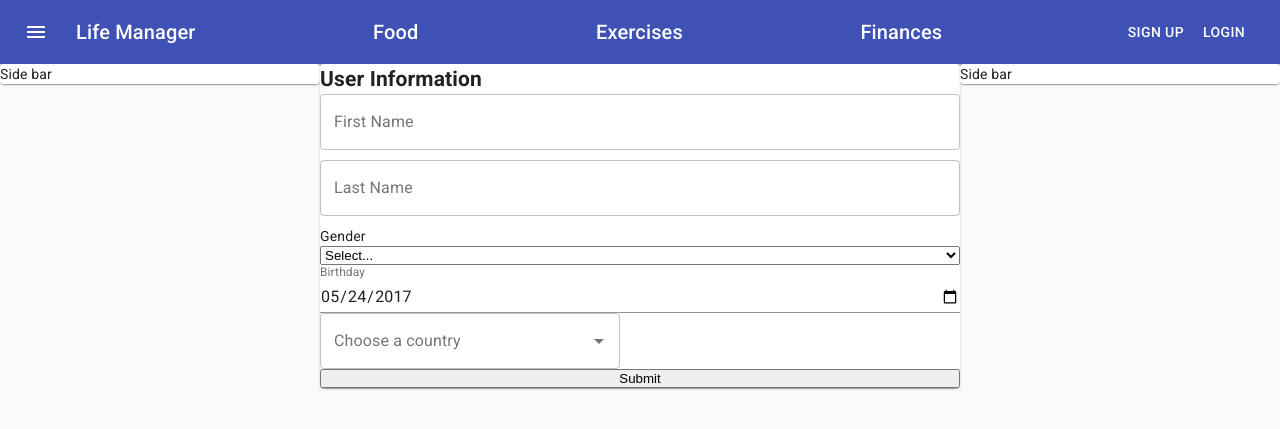
Repository: DaNiels89/lifemanagerreact
Page: /
These files come from the project's save history. The page is drawn as it stood at one moment and after the next save; the edit follows.
The browser window is 1280 px wide. The pictures show the whole page.
The project was rebuilt for these pictures with package versions that can differ from the ones it lists, and the page was loaded fresh each time. Also part of the build but not shown: src/assets/components/5_profile/ErrorMessage.js.

Above is the page before, as saved 2020-03-16 15:11:50.

### public/index.html
<!DOCTYPE html>
<html lang="en">
  <head>
    <meta charset="utf-8" />
    <link rel="icon" href="%PUBLIC_URL%/favicon.ico" />
    <meta name="viewport" content="width=device-width, initial-scale=1" />
    <meta name="theme-color" content="#000000" />
    <meta
      name="description"
      content="Web site created using create-react-app"
    />
    <link rel="apple-touch-icon" href="%PUBLIC_URL%/logo192.png" />
    <link rel="manifest" href="%PUBLIC_URL%/manifest.json" />
    <title>Life Manager</title>
  </head>
  <body>
    <noscript>You need to enable JavaScript to run this app.</noscript>
    <div id="root"></div>
  </body>
</html>

### src/App.js
import React from 'react';
import { BrowserRouter as Router, Switch, Route, Link } from 'react-router-dom';
import Header from './assets/components/layout/Header';
import UserDetails from './assets/components/UserDetails';

import CssBaseline from '@material-ui/core/CssBaseline';
import 'typeface-roboto';
import Grid from '@material-ui/core/Grid';
import Paper from '@material-ui/core/Paper';
import { makeStyles } from '@material-ui/core/styles';
import './assets/css/App.css';

const useStyles = makeStyles({
  main: {
    width: '100%'
  }
});

export default function App() {
  const classes = useStyles();

  return (
    <React.Fragment>
      <CssBaseline />
      <div className={classes.main}>
        <Header />
        <Grid container>
          <Grid item xs={3}>
            <Paper className={classes.paper}>Side bar</Paper>
          </Grid>
          <Grid item xs={6}>
            <Paper className={classes.paper}>
              <UserDetails />
            </Paper>
          </Grid>
          <Grid item xs={3}>
            <Paper className={classes.paper}>Side bar</Paper>
          </Grid>
        </Grid>
      </div>
    </React.Fragment>
  );
}

### src/assets/components/layout/Header.js
import React from 'react';
import { makeStyles } from '@material-ui/core/styles';
import AppBar from '@material-ui/core/AppBar';
import Toolbar from '@material-ui/core/Toolbar';
import Link from '@material-ui/core/Link';
import Typography from '@material-ui/core/Typography';
import Button from '@material-ui/core/Button';
import IconButton from '@material-ui/core/IconButton';
import MenuIcon from '@material-ui/icons/Menu';

const useStyles = makeStyles(theme => ({
  header: {
    flexGrow: 1
  },
  menuButton: {
    marginRight: theme.spacing(2)
  },
  title: {
    flexGrow: 1
  }
}));

export default function Header() {
  const classes = useStyles();
  const preventDefault = event => event.preventDefault();

  return (
    <div className={classes.header}>
      <AppBar position="static">
        <Toolbar>
          <IconButton
            edge="start"
            className={classes.menuButton}
            color="inherit"
            aria-label="menu"
          >
            <MenuIcon />
          </IconButton>
          <Typography variant="h6" className={classes.title}>
            <Link href="/" onClick={preventDefault} color="inherit">
              Life Manager
            </Link>
          </Typography>
          <Typography variant="h6" className={classes.title}>
            <Link href="/" onClick={preventDefault} color="inherit">
              Food
            </Link>
          </Typography>
          <Typography variant="h6" className={classes.title}>
            <Link href="/" onClick={preventDefault} color="inherit">
              Exercises
            </Link>
          </Typography>
          <Typography variant="h6" className={classes.title}>
            <Link href="/" onClick={preventDefault} color="inherit">
              Finances
            </Link>
          </Typography>
          <Button color="inherit">Sign up</Button>
          <Button color="inherit">Login</Button>
        </Toolbar>
      </AppBar>
    </div>
  );
}

### src/assets/components/UserDetails.js
import React from 'react';
import { useForm } from 'react-hook-form';

import TextField from '@material-ui/core/TextField';
// import InputLabel from '@material-ui/core/InputLabel';
// import Select from '@material-ui/core/Select';
// import MenuItem from '@material-ui/core/MenuItem';
import '../css/UserDetails.css';

import { makeStyles } from '@material-ui/core/styles';
import CountrySelect from './CountrySelect';
import ErrorMessage from './ErrorMessage';

const useStyles = makeStyles({
  input: {
    marginBottom: 10
  },
  select: {
    marginBottom: 10
  }
});

export default function UserInformation() {
  const { register, handleSubmit, errors } = useForm();
  const onSubmit = data => createProfile(data);

  function createProfile(data) {
    fetch('http://localhost:3001/profiles', {
      method: 'POST',
      headers: {
        'Content-Type': 'application/json'
      },
      body: JSON.stringify({ profile: data })
    });
  }

  const classes = useStyles();

  return (
    <div className="user-information">
      <h2>User Information</h2>
      <form className="App" onSubmit={handleSubmit(onSubmit)}>
        <TextField
          name="firstname"
          id="firstname"
          className={classes.input}
          label="First Name"
          variant="outlined"
          inputRef={register({ required: true, minLength: 2, maxLength: 20 })}
        />
        <ErrorMessage error={errors.firstname} />

        <TextField
          name="lastname"
          id="lastname"
          className={classes.input}
          label="Last Name"
          variant="outlined"
          inputRef={register({ required: true, minLength: 2, maxLength: 20 })}
        />
        <ErrorMessage error={errors.lastname} />

        <label>Gender</label>
        <select name="gender" ref={register({ required: true })}>
          <option value="">Select...</option>
          <option value="male">Male</option>
          <option value="female">Female</option>
        </select>
        <ErrorMessage error={errors.gender} />

        {/* <InputLabel>Gender</InputLabel>
        <Select
          name="gender"
          inputRef={register({ required: true })}
          labelId="demo-simple-select-label"
          id="demo-simple-select"
          value={'Gender'}
          onChange={handleChange}
        >
          <MenuItem value="">Select an option</MenuItem>
          <MenuItem value={'male'}>Male</MenuItem>
          <MenuItem value={'female'}>Female</MenuItem>
        </Select> */}
        {/* <ErrorMessage error={errors.gender} /> */}

        <TextField
          id="date"
          label="Birthday"
          type="date"
          defaultValue="2017-05-24"
          className={classes.textField}
          InputLabelProps={{
            shrink: true
          }}
          name="dob"
          inputRef={register()}
        />

        <CountrySelect mt={'1em'} register={() => register()} />

        <input type="submit" value="Submit" />
      </form>
    </div>
  );
}

### src/assets/css/UserDetails.css
form {
  display: flex;
  flex-direction: column;
}

.formField {
  margin: 3em 0;
}

### src/assets/components/CountrySelect.js
/* eslint-disable no-use-before-define */
import React from 'react';

import TextField from '@material-ui/core/TextField';
import Autocomplete from '@material-ui/lab/Autocomplete';
import { makeStyles } from '@material-ui/core/styles';

// ISO 3166-1 alpha-2
// ⚠️ No support for IE 11
function countryToFlag(isoCode) {
  return typeof String.fromCodePoint !== 'undefined'
    ? isoCode
        .toUpperCase()
        .replace(/./g, char =>
          String.fromCodePoint(char.charCodeAt(0) + 127397)
        )
    : isoCode;
}

const useStyles = makeStyles({
  option: {
    marginTop: 1,
    fontSize: 15,
    '& > span': {
      marginRight: 10,
      fontSize: 18
    }
  }
});

export default function CountrySelect(props) {
  const classes = useStyles();

  return (
    <Autocomplete
      id="country-select"
      style={{ width: 300 }}
      options={countries}
      classes={{
        option: classes.option
      }}
      autoHighlight
      getOptionLabel={option => option.label}
      renderOption={option => (
        <React.Fragment>
          <span>{countryToFlag(option.code)}</span>
          {option.label} ({option.code}) +{option.phone}
        </React.Fragment>
      )}
      renderInput={params => (
        <TextField
          {...params}
          label="Choose a country"
          variant="outlined"
          inputProps={{
            ...params.inputProps,
            autoComplete: 'new-password' // disable autocomplete and autofill
          }}
          name="country"
          inputRef={props.register()}
        />
      )}
    />
  );
}

// From https://bitbucket.org/atlassian/atlaskit-mk-2/raw/4ad0e56649c3e6c973e226b7efaeb28cb240ccb0/packages/core/select/src/data/countries.js
const countries = [
  { code: 'AD', label: 'Andorra', phone: '376' },
  { code: 'AE', label: 'United Arab Emirates', phone: '971' },
  { code: 'AF', label: 'Afghanistan', phone: '93' },
  { code: 'AG', label: 'Antigua and Barbuda', phone: '1-268' },
  { code: 'AI', label: 'Anguilla', phone: '1-264' },
  { code: 'AL', label: 'Albania', phone: '355' },
  { code: 'AM', label: 'Armenia', phone: '374' },
  { code: 'AO', label: 'Angola', phone: '244' },
  { code: 'AQ', label: 'Antarctica', phone: '672' },
  { code: 'AR', label: 'Argentina', phone: '54' },
  { code: 'AS', label: 'American Samoa', phone: '1-684' },
  { code: 'AT', label: 'Austria', phone: '43' },
  { code: 'AU', label: 'Australia', phone: '61', suggested: true },
  { code: 'AW', label: 'Aruba', phone: '297' },
  { code: 'AX', label: 'Alland Islands', phone: '358' },
  { code: 'AZ', label: 'Azerbaijan', phone: '994' },
  { code: 'BA', label: 'Bosnia and Herzegovina', phone: '387' },
  { code: 'BB', label: 'Barbados', phone: '1-246' },
  { code: 'BD', label: 'Bangladesh', phone: '880' },
  { code: 'BE', label: 'Belgium', phone: '32' },
  { code: 'BF', label: 'Burkina Faso', phone: '226' },
  { code: 'BG', label: 'Bulgaria', phone: '359' },
  { code: 'BH', label: 'Bahrain', phone: '973' },
  { code: 'BI', label: 'Burundi', phone: '257' },
  { code: 'BJ', label: 'Benin', phone: '229' },
  { code: 'BL', label: 'Saint Barthelemy', phone: '590' },
  { code: 'BM', label: 'Bermuda', phone: '1-441' },
  { code: 'BN', label: 'Brunei Darussalam', phone: '673' },
  { code: 'BO', label: 'Bolivia', phone: '591' },
  { code: 'BR', label: 'Brazil', phone: '55' },
  { code: 'BS', label: 'Bahamas', phone: '1-242' },
  { code: 'BT', label: 'Bhutan', phone: '975' },
  { code: 'BV', label: 'Bouvet Island', phone: '47' },
  { code: 'BW', label: 'Botswana', phone: '267' },
  { code: 'BY', label: 'Belarus', phone: '375' },
  { code: 'BZ', label: 'Belize', phone: '501' },
  { code: 'CA', label: 'Canada', phone: '1', suggested: true },
  { code: 'CC', label: 'Cocos (Keeling) Islands', phone: '61' },
  { code: 'CD', label: 'Congo, Democratic Republic of the', phone: '243' },
  { code: 'CF', label: 'Central African Republic', phone: '236' },
  { code: 'CG', label: 'Congo, Republic of the', phone: '242' },
  { code: 'CH', label: 'Switzerland', phone: '41' },
  { code: 'CI', label: "Cote d'Ivoire", phone: '225' },
  { code: 'CK', label: 'Cook Islands', phone: '682' },
  { code: 'CL', label: 'Chile', phone: '56' },
  { code: 'CM', label: 'Cameroon', phone: '237' },
  { code: 'CN', label: 'China', phone: '86' },
  { code: 'CO', label: 'Colombia', phone: '57' },
  { code: 'CR', label: 'Costa Rica', phone: '506' },
  { code: 'CU', label: 'Cuba', phone: '53' },
  { code: 'CV', label: 'Cape Verde', phone: '238' },
  { code: 'CW', label: 'Curacao', phone: '599' },
  { code: 'CX', label: 'Christmas Island', phone: '61' },
  { code: 'CY', label: 'Cyprus', phone: '357' },
  { code: 'CZ', label: 'Czech Republic', phone: '420' },
  { code: 'DE', label: 'Germany', phone: '49', suggested: true },
  { code: 'DJ', label: 'Djibouti', phone: '253' },
  { code: 'DK', label: 'Denmark', phone: '45' },
  { code: 'DM', label: 'Dominica', phone: '1-767' },
  { code: 'DO', label: 'Dominican Republic', phone: '1-809' },
  { code: 'DZ', label: 'Algeria', phone: '213' },
  { code: 'EC', label: 'Ecuador', phone: '593' },
  { code: 'EE', label: 'Estonia', phone: '372' },
  { code: 'EG', label: 'Egypt', phone: '20' },
  { code: 'EH', label: 'Western Sahara', phone: '212' },
  { code: 'ER', label: 'Eritrea', phone: '291' },
  { code: 'ES', label: 'Spain', phone: '34' },
  { code: 'ET', label: 'Ethiopia', phone: '251' },
  { code: 'FI', label: 'Finland', phone: '358' },
  { code: 'FJ', label: 'Fiji', phone: '679' },
  { code: 'FK', label: 'Falkland Islands (Malvinas)', phone: '500' },
  { code: 'FM', label: 'Micronesia, Federated States of', phone: '691' },
  { code: 'FO', label: 'Faroe Islands', phone: '298' },
  { code: 'FR', label: 'France', phone: '33', suggested: true },
  { code: 'GA', label: 'Gabon', phone: '241' },
  { code: 'GB', label: 'United Kingdom', phone: '44' },
  { code: 'GD', label: 'Grenada', phone: '1-473' },
  { code: 'GE', label: 'Georgia', phone: '995' },
  { code: 'GF', label: 'French Guiana', phone: '594' },
  { code: 'GG', label: 'Guernsey', phone: '44' },
  { code: 'GH', label: 'Ghana', phone: '233' },
  { code: 'GI', label: 'Gibraltar', phone: '350' },
  { code: 'GL', label: 'Greenland', phone: '299' },
  { code: 'GM', label: 'Gambia', phone: '220' },
  { code: 'GN', label: 'Guinea', phone: '224' },
  { code: 'GP', label: 'Guadeloupe', phone: '590' },
  { code: 'GQ', label: 'Equatorial Guinea', phone: '240' },
  { code: 'GR', label: 'Greece', phone: '30' },
  {
    code: 'GS',
    label: 'South Georgia and the South Sandwich Islands',
    phone: '500'
  },
  { code: 'GT', label: 'Guatemala', phone: '502' },
  { code: 'GU', label: 'Guam', phone: '1-671' },
  { code: 'GW', label: 'Guinea-Bissau', phone: '245' },
  { code: 'GY', label: 'Guyana', phone: '592' },
  { code: 'HK', label: 'Hong Kong', phone: '852' },
  { code: 'HM', label: 'Heard Island and McDonald Islands', phone: '672' },
  { code: 'HN', label: 'Honduras', phone: '504' },
  { code: 'HR', label: 'Croatia', phone: '385' },
  { code: 'HT', label: 'Haiti', phone: '509' },
  { code: 'HU', label: 'Hungary', phone: '36' },
  { code: 'ID', label: 'Indonesia', phone: '62' },
  { code: 'IE', label: 'Ireland', phone: '353' },
  { code: 'IL', label: 'Israel', phone: '972' },
  { code: 'IM', label: 'Isle of Man', phone: '44' },
  { code: 'IN', label: 'India', phone: '91' },
  { code: 'IO', label: 'British Indian Ocean Territory', phone: '246' },
  { code: 'IQ', label: 'Iraq', phone: '964' },
  { code: 'IR', label: 'Iran, Islamic Republic of', phone: '98' },
  { code: 'IS', label: 'Iceland', phone: '354' },
  { code: 'IT', label: 'Italy', phone: '39' },
  { code: 'JE', label: 'Jersey', phone: '44' },
  { code: 'JM', label: 'Jamaica', phone: '1-876' },
  { code: 'JO', label: 'Jordan', phone: '962' },
  { code: 'JP', label: 'Japan', phone: '81', suggested: true },
  { code: 'KE', label: 'Kenya', phone: '254' },
  { code: 'KG', label: 'Kyrgyzstan', phone: '996' },
  { code: 'KH', label: 'Cambodia', phone: '855' },
  { code: 'KI', label: 'Kiribati', phone: '686' },
  { code: 'KM', label: 'Comoros', phone: '269' },
  { code: 'KN', label: 'Saint Kitts and Nevis', phone: '1-869' },
  { code: 'KP', label: "Korea, Democratic People's Republic of", phone: '850' },
  { code: 'KR', label: 'Korea, Republic of', phone: '82' },
  { code: 'KW', label: 'Kuwait', phone: '965' },
  { code: 'KY', label: 'Cayman Islands', phone: '1-345' },
  { code: 'KZ', label: 'Kazakhstan', phone: '7' },
  { code: 'LA', label: "Lao People's Democratic Republic", phone: '856' },
  { code: 'LB', label: 'Lebanon', phone: '961' },
  { code: 'LC', label: 'Saint Lucia', phone: '1-758' },
  { code: 'LI', label: 'Liechtenstein', phone: '423' },
  { code: 'LK', label: 'Sri Lanka', phone: '94' },
  { code: 'LR', label: 'Liberia', phone: '231' },
  { code: 'LS', label: 'Lesotho', phone: '266' },
  { code: 'LT', label: 'Lithuania', phone: '370' },
  { code: 'LU', label: 'Luxembourg', phone: '352' },
  { code: 'LV', label: 'Latvia', phone: '371' },
  { code: 'LY', label: 'Libya', phone: '218' },
  { code: 'MA', label: 'Morocco', phone: '212' },
  { code: 'MC', label: 'Monaco', phone: '377' },
  { code: 'MD', label: 'Moldova, Republic of', phone: '373' },
  { code: 'ME', label: 'Montenegro', phone: '382' },
  { code: 'MF', label: 'Saint Martin (French part)', phone: '590' },
  { code: 'MG', label: 'Madagascar', phone: '261' },
  { code: 'MH', label: 'Marshall Islands', phone: '692' },
  {
    code: 'MK',
    label: 'Macedonia, the Former Yugoslav Republic of',
    phone: '389'
  },
  { code: 'ML', label: 'Mali', phone: '223' },
  { code: 'MM', label: 'Myanmar', phone: '95' },
  { code: 'MN', label: 'Mongolia', phone: '976' },
  { code: 'MO', label: 'Macao', phone: '853' },
  { code: 'MP', label: 'Northern Mariana Islands', phone: '1-670' },
  { code: 'MQ', label: 'Martinique', phone: '596' },
  { code: 'MR', label: 'Mauritania', phone: '222' },
  { code: 'MS', label: 'Montserrat', phone: '1-664' },
  { code: 'MT', label: 'Malta', phone: '356' },
  { code: 'MU', label: 'Mauritius', phone: '230' },
  { code: 'MV', label: 'Maldives', phone: '960' },
  { code: 'MW', label: 'Malawi', phone: '265' },
  { code: 'MX', label: 'Mexico', phone: '52' },
  { code: 'MY', label: 'Malaysia', phone: '60' },
  { code: 'MZ', label: 'Mozambique', phone: '258' },
  { code: 'NA', label: 'Namibia', phone: '264' },
  { code: 'NC', label: 'New Caledonia', phone: '687' },
  { code: 'NE', label: 'Niger', phone: '227' },
  { code: 'NF', label: 'Norfolk Island', phone: '672' },
  { code: 'NG', label: 'Nigeria', phone: '234' },
  { code: 'NI', label: 'Nicaragua', phone: '505' },
  { code: 'NL', label: 'Netherlands', phone: '31' },
  { code: 'NO', label: 'Norway', phone: '47' },
  { code: 'NP', label: 'Nepal', phone: '977' },
  { code: 'NR', label: 'Nauru', phone: '674' },
  { code: 'NU', label: 'Niue', phone: '683' },
  { code: 'NZ', label: 'New Zealand', phone: '64' },
  { code: 'OM', label: 'Oman', phone: '968' },
  { code: 'PA', label: 'Panama', phone: '507' },
  { code: 'PE', label: 'Peru', phone: '51' },
  { code: 'PF', label: 'French Polynesia', phone: '689' },
  { code: 'PG', label: 'Papua New Guinea', phone: '675' },
  { code: 'PH', label: 'Philippines', phone: '63' },
  { code: 'PK', label: 'Pakistan', phone: '92' },
  { code: 'PL', label: 'Poland', phone: '48' },
  { code: 'PM', label: 'Saint Pierre and Miquelon', phone: '508' },
  { code: 'PN', label: 'Pitcairn', phone: '870' },
  { code: 'PR', label: 'Puerto Rico', phone: '1' },
  { code: 'PS', label: 'Palestine, State of', phone: '970' },
  { code: 'PT', label: 'Portugal', phone: '351' },
  { code: 'PW', label: 'Palau', phone: '680' },
  { code: 'PY', label: 'Paraguay', phone: '595' },
  { code: 'QA', label: 'Qatar', phone: '974' },
  { code: 'RE', label: 'Reunion', phone: '262' },
  { code: 'RO', label: 'Romania', phone: '40' },
  { code: 'RS', label: 'Serbia', phone: '381' },
  { code: 'RU', label: 'Russian Federation', phone: '7' },
  { code: 'RW', label: 'Rwanda', phone: '250' },
  { code: 'SA', label: 'Saudi Arabia', phone: '966' },
  { code: 'SB', label: 'Solomon Islands', phone: '677' },
  { code: 'SC', label: 'Seychelles', phone: '248' },
  { code: 'SD', label: 'Sudan', phone: '249' },
  { code: 'SE', label: 'Sweden', phone: '46' },
  { code: 'SG', label: 'Singapore', phone: '65' },
  { code: 'SH', label: 'Saint Helena', phone: '290' },
  { code: 'SI', label: 'Slovenia', phone: '386' },
  { code: 'SJ', label: 'Svalbard and Jan Mayen', phone: '47' },
  { code: 'SK', label: 'Slovakia', phone: '421' },
  { code: 'SL', label: 'Sierra Leone', phone: '232' },
  { code: 'SM', label: 'San Marino', phone: '378' },
  { code: 'SN', label: 'Senegal', phone: '221' },
  { code: 'SO', label: 'Somalia', phone: '252' },
  { code: 'SR', label: 'Suriname', phone: '597' },
  { code: 'SS', label: 'South Sudan', phone: '211' },
  { code: 'ST', label: 'Sao Tome and Principe', phone: '239' },
  { code: 'SV', label: 'El Salvador', phone: '503' },
  { code: 'SX', label: 'Sint Maarten (Dutch part)', phone: '1-721' },
  { code: 'SY', label: 'Syrian Arab Republic', phone: '963' },
  { code: 'SZ', label: 'Swaziland', phone: '268' },
  { code: 'TC', label: 'Turks and Caicos Islands', phone: '1-649' },
  { code: 'TD', label: 'Chad', phone: '235' },
  { code: 'TF', label: 'French Southern Territories', phone: '262' },
  { code: 'TG', label: 'Togo', phone: '228' },
  { code: 'TH', label: 'Thailand', phone: '66' },
  { code: 'TJ', label: 'Tajikistan', phone: '992' },
  { code: 'TK', label: 'Tokelau', phone: '690' },
  { code: 'TL', label: 'Timor-Leste', phone: '670' },
  { code: 'TM', label: 'Turkmenistan', phone: '993' },
  { code: 'TN', label: 'Tunisia', phone: '216' },
  { code: 'TO', label: 'Tonga', phone: '676' },
  { code: 'TR', label: 'Turkey', phone: '90' },
  { code: 'TT', label: 'Trinidad and Tobago', phone: '1-868' },
  { code: 'TV', label: 'Tuvalu', phone: '688' },
  { code: 'TW', label: 'Taiwan, Province of China', phone: '886' },
  { code: 'TZ', label: 'United Republic of Tanzania', phone: '255' },
  { code: 'UA', label: 'Ukraine', phone: '380' },
  { code: 'UG', label: 'Uganda', phone: '256' },
  { code: 'US', label: 'United States', phone: '1', suggested: true },
  { code: 'UY', label: 'Uruguay', phone: '598' },
  { code: 'UZ', label: 'Uzbekistan', phone: '998' },
  { code: 'VA', label: 'Holy See (Vatican City State)', phone: '379' },
  { code: 'VC', label: 'Saint Vincent and the Grenadines', phone: '1-784' },
  { code: 'VE', label: 'Venezuela', phone: '58' },
  { code: 'VG', label: 'British Virgin Islands', phone: '1-284' },
  { code: 'VI', label: 'US Virgin Islands', phone: '1-340' },
  { code: 'VN', label: 'Vietnam', phone: '84' },
  { code: 'VU', label: 'Vanuatu', phone: '678' },
  { code: 'WF', label: 'Wallis and Futuna', phone: '681' },
  { code: 'WS', label: 'Samoa', phone: '685' },
  { code: 'XK', label: 'Kosovo', phone: '383' },
  { code: 'YE', label: 'Yemen', phone: '967' },
  { code: 'YT', label: 'Mayotte', phone: '262' },
  { code: 'ZA', label: 'South Africa', phone: '27' },
  { code: 'ZM', label: 'Zambia', phone: '260' },
  { code: 'ZW', label: 'Zimbabwe', phone: '263' }
];

Loaded but not shown: src/index.js (common file); src/assets/css/App.css (common file)

After the next save:
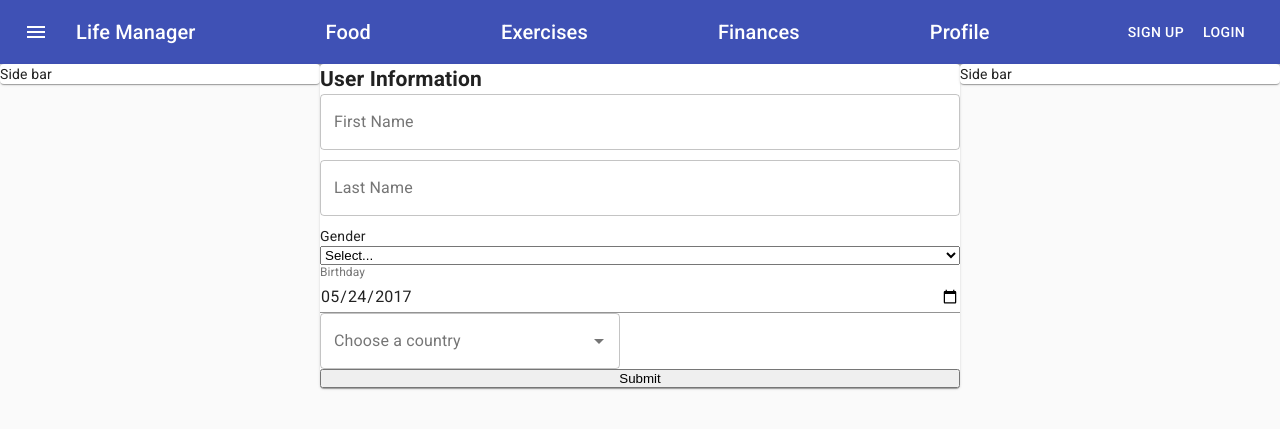
Saved 3 min 25 s later.
--- a/src/assets/components/layout/Header.js
+++ b/src/assets/components/layout/Header.js
@@ -56,6 +56,11 @@ export default function Header() {
               Finances
             </Link>
           </Typography>
+          <Typography variant="h6" className={classes.title}>
+            <Link href="/" onClick={preventDefault} color="inherit">
+              Profile
+            </Link>
+          </Typography>
           <Button color="inherit">Sign up</Button>
           <Button color="inherit">Login</Button>
         </Toolbar>
